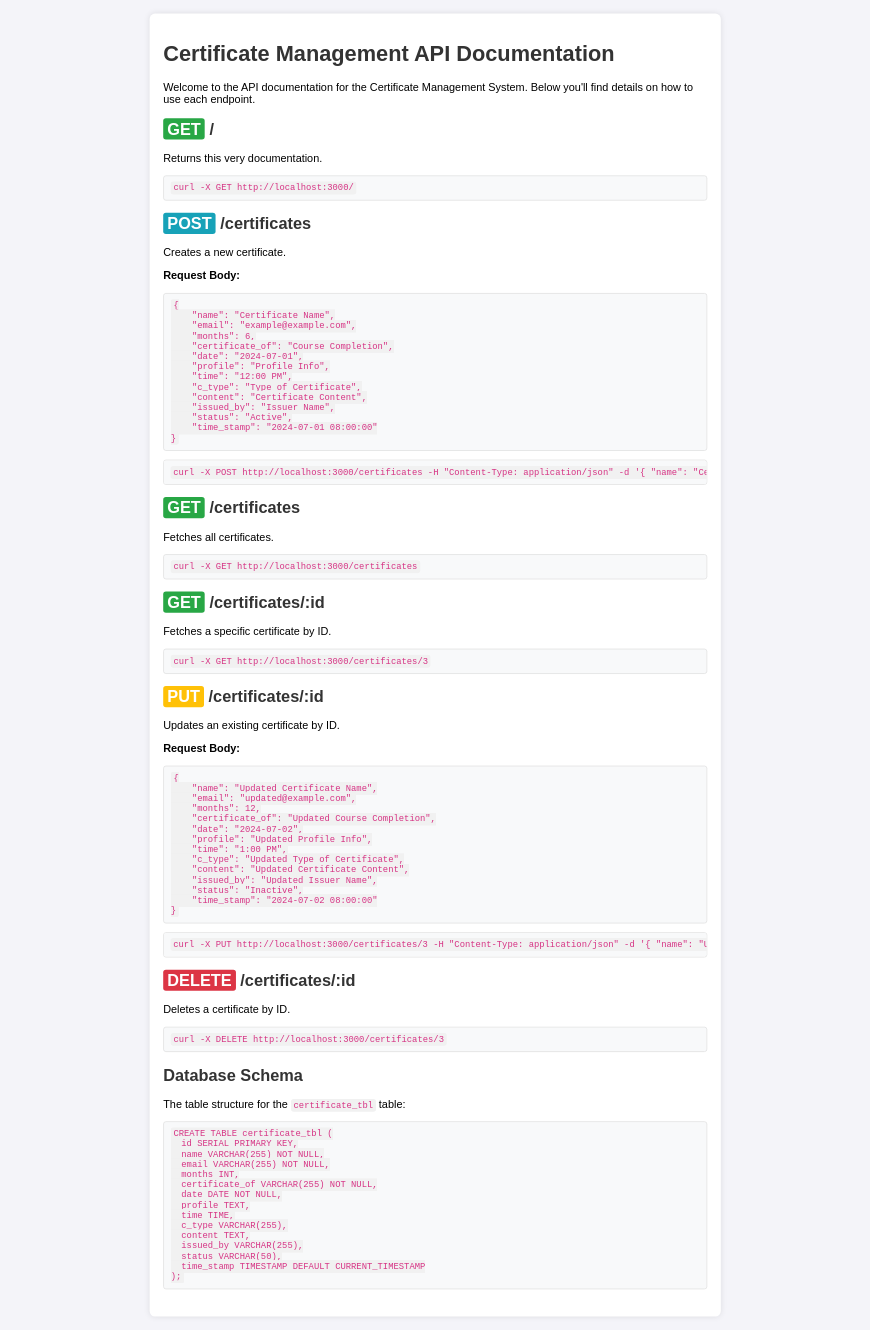
Repository: SpicierEwe/eod_node_express_server
Page: api_documentation/documentation.html
These files come from the project's save history. The page is drawn as it stood at one moment and after the next save; the edit follows.
The browser window is 1280 px wide. The pictures show the whole page, at 68% of full size.

Above is the page before, as saved 2024-07-30 17:48:23.

After the next save:
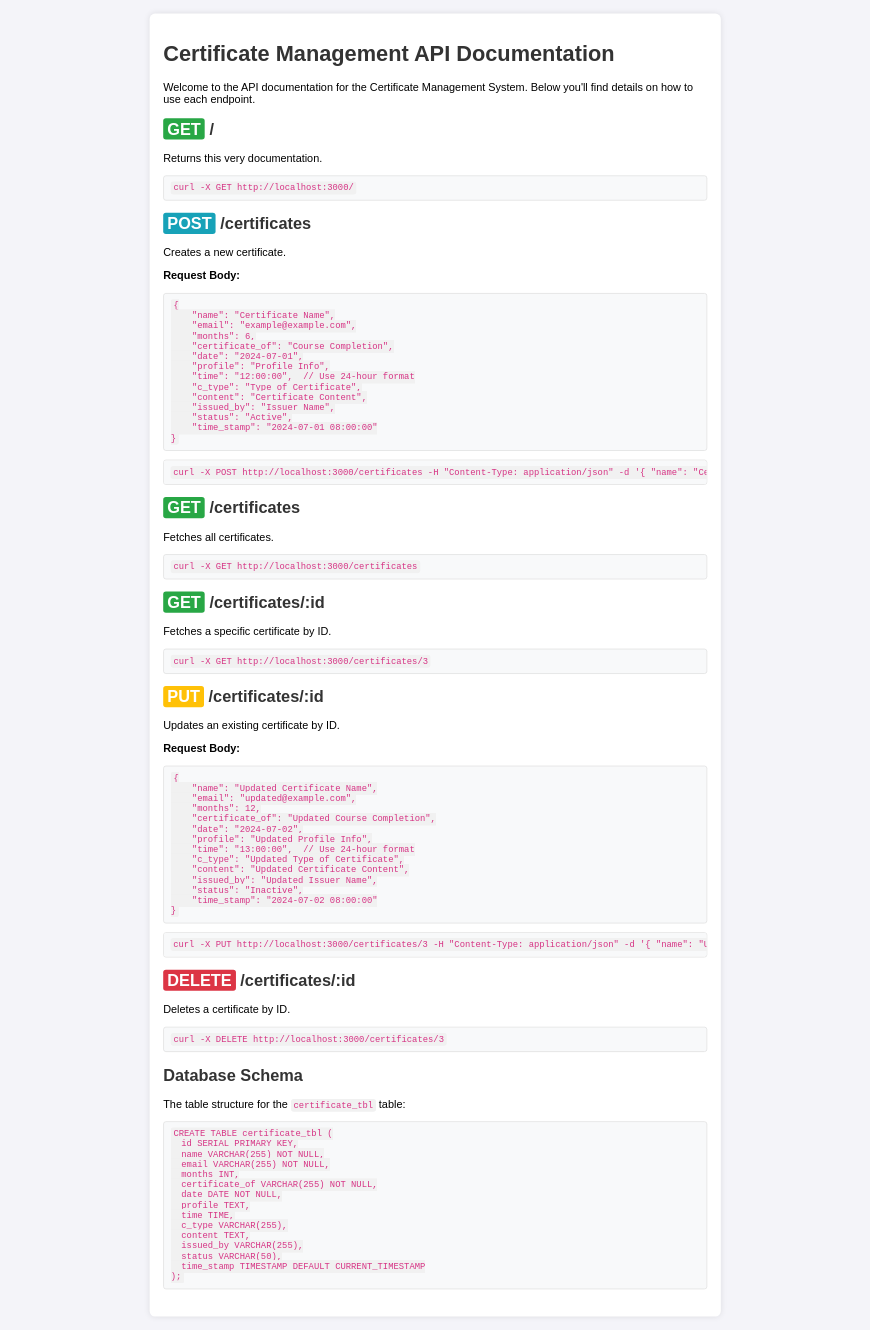
Saved 4 min 31 s later.
--- a/api_documentation/documentation.html
+++ b/api_documentation/documentation.html
@@ -85,14 +85,14 @@
     "certificate_of": "Course Completion",
     "date": "2024-07-01",
     "profile": "Profile Info",
-    "time": "12:00 PM",
+    "time": "12:00:00",  // Use 24-hour format
     "c_type": "Type of Certificate",
     "content": "Certificate Content",
     "issued_by": "Issuer Name",
     "status": "Active",
     "time_stamp": "2024-07-01 08:00:00"
 }</code></pre>
-        <pre><code>curl -X POST http://localhost:3000/certificates -H "Content-Type: application/json" -d '{ "name": "Certificate Name", "email": "example@example.com", "months": 6, "certificate_of": "Course Completion", "date": "2024-07-01", "profile": "Profile Info", "time": "12:00 PM", "c_type": "Type of Certificate", "content": "Certificate Content", "issued_by": "Issuer Name", "status": "Active", "time_stamp": "2024-07-01 08:00:00" }'</code></pre>
+        <pre><code>curl -X POST http://localhost:3000/certificates -H "Content-Type: application/json" -d '{ "name": "Certificate Name", "email": "example@example.com", "months": 6, "certificate_of": "Course Completion", "date": "2024-07-01", "profile": "Profile Info", "time": "12:00:00", "c_type": "Type of Certificate", "content": "Certificate Content", "issued_by": "Issuer Name", "status": "Active", "time_stamp": "2024-07-01 08:00:00" }'</code></pre>
       </div>
 
       <div class="route">
@@ -118,14 +118,14 @@
     "certificate_of": "Updated Course Completion",
     "date": "2024-07-02",
     "profile": "Updated Profile Info",
-    "time": "1:00 PM",
+    "time": "13:00:00",  // Use 24-hour format
     "c_type": "Updated Type of Certificate",
     "content": "Updated Certificate Content",
     "issued_by": "Updated Issuer Name",
     "status": "Inactive",
     "time_stamp": "2024-07-02 08:00:00"
 }</code></pre>
-        <pre><code>curl -X PUT http://localhost:3000/certificates/3 -H "Content-Type: application/json" -d '{ "name": "Updated Certificate Name", "email": "updated@example.com", "months": 12, "certificate_of": "Updated Course Completion", "date": "2024-07-02", "profile": "Updated Profile Info", "time": "1:00 PM", "c_type": "Updated Type of Certificate", "content": "Updated Certificate Content", "issued_by": "Updated Issuer Name", "status": "Inactive", "time_stamp": "2024-07-02 08:00:00" }'</code></pre>
+        <pre><code>curl -X PUT http://localhost:3000/certificates/3 -H "Content-Type: application/json" -d '{ "name": "Updated Certificate Name", "email": "updated@example.com", "months": 12, "certificate_of": "Updated Course Completion", "date": "2024-07-02", "profile": "Updated Profile Info", "time": "13:00:00", "c_type": "Updated Type of Certificate", "content": "Updated Certificate Content", "issued_by": "Updated Issuer Name", "status": "Inactive", "time_stamp": "2024-07-02 08:00:00" }'</code></pre>
       </div>
 
       <div class="route">
